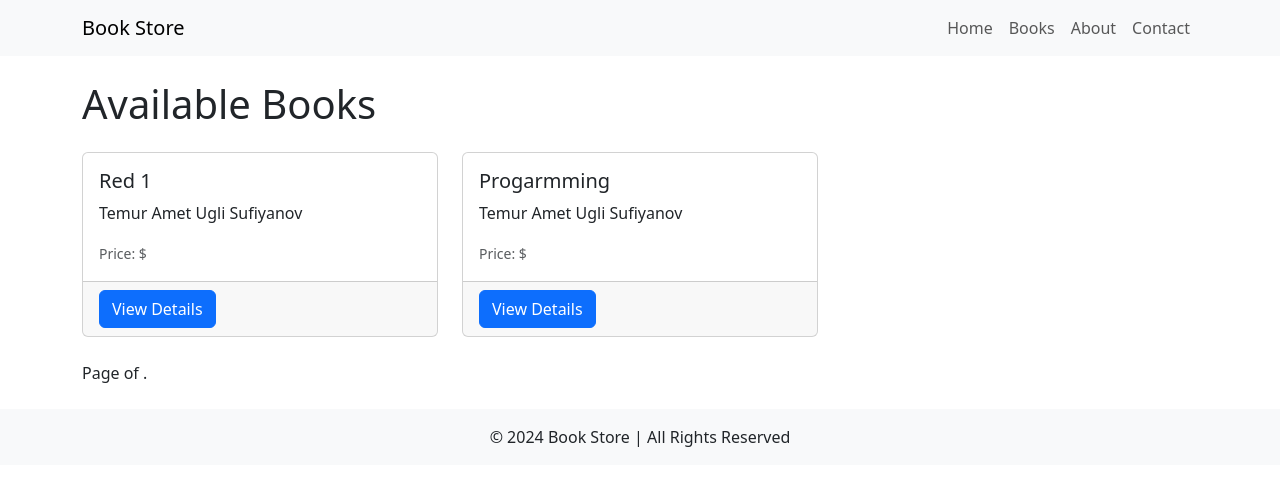
Repository: Temur-Sufiyanov/CBV
Page: http://localhost/
The author's editor kept a copy of each file at every save. The page is drawn from the files as they stood at one save, then again after the next save.
The browser window is 1280 px wide. The pictures show the whole page.
The page is served by the project's application, run on Django 5.2 (manage.py). Other server files are loaded and not shown. The page reads the database file committed with the project.

Above is the page before, as saved 2024-12-14 12:31:17.

### book/templates/book/home.html
{% extends 'book/base.html' %}

{% block content %}
<h1 class="mb-4">Available Books</h1>
<div class="row">
    {% for book in books %}
        <div class="col-md-4 mb-4">
            <div class="card h-100">
                <div class="card-body">
                    <h5 class="card-title">{{ book.title }}</h5>
                    <p class="card-text">{{ book.author }}</p>
                    <p class="card-text"><small class="text-muted">Price: ${{ book.price }}</small></p>
                </div>
                <div class="card-footer">
                    <a href="{{ book.slug}}/" class="btn btn-primary">View Details</a>
                </div>
            </div>
        </div>
    {% endfor %}
</div>
<div class="pagination">
    <span class="step-links">
        {% if page_obj.has_previous %}
            <a href="?page=1">&laquo; first</a>
            <a href="?page={{ page_obj.previous_page_number }}">previous</a>
        {% endif %}

        <span class="current">
            Page {{ page_obj.number }} of {{ page_obj.paginator.num_pages }}.
        </span>

        {% if page_obj.has_next %}
            <a href="?page={{ page_obj.next_page_number }}">next</a>
            <a href="?page={{ page_obj.paginator.num_pages }}">last &raquo;</a>
        {% endif %}
    </span>
</div>
{% endblock %}

### book/templates/book/base.html
<!DOCTYPE html>
<html lang="en">
<head>
    <meta charset="UTF-8">
    <meta name="viewport" content="width=device-width, initial-scale=1.0">
    <title>Book Store</title>
    <!-- CSS (Bootstrap for styling, you can replace with your own styles) -->
    <link rel="stylesheet" href="https://cdn.jsdelivr.net/npm/bootstrap@5.3.0/dist/css/bootstrap.min.css">
</head>
<body>
    <!-- Navbar -->
    <nav class="navbar navbar-expand-lg navbar-light bg-light">
        <div class="container">
            <a class="navbar-brand" href="/">Book Store</a>
            <button class="navbar-toggler" type="button" data-bs-toggle="collapse" data-bs-target="#navbarNav" aria-controls="navbarNav" aria-expanded="false" aria-label="Toggle navigation">
                <span class="navbar-toggler-icon"></span>
            </button>
            <div class="collapse navbar-collapse" id="navbarNav">
                <ul class="navbar-nav ms-auto">
                    <li class="nav-item">
                        <a class="nav-link" href="/">Home</a>
                    </li>
                    <li class="nav-item">
                        <a class="nav-link" href="/books/">Books</a>
                    </li>
                    <li class="nav-item">
                        <a class="nav-link" href="/about/">About</a>
                    </li>
                    <li class="nav-item">
                        <a class="nav-link" href="/contact/">Contact</a>
                    </li>
                </ul>
            </div>
        </div>
    </nav>

    <!-- Main Content Area -->
    <div class="container mt-4">
        {% block content %}
        <!-- Content will be injected here -->
        {% endblock %}
    </div>

    <!-- Footer -->
    <footer class="bg-light text-center text-lg-start mt-4">
        <div class="text-center p-3">
            © 2024 Book Store | All Rights Reserved
        </div>
    </footer>

    <!-- JS (Bootstrap and other scripts) -->
    <script src="https://cdn.jsdelivr.net/npm/bootstrap@5.3.0/dist/js/bootstrap.bundle.min.js"></script>
</body>
</html>

### book/models.py
from django.db import models

# Create your models here.

class Book(models.Model):
    title = models.CharField(max_length=200)
    author = models.CharField(max_length=150)
    genre = models.CharField(max_length=59)
    slug = models.SlugField(null=True)
    count = models.IntegerField(null=True, default=0)


    def __str__(self):
        return self.title

### book/views.py
from django.shortcuts import render
from django.views.generic.base import TemplateView
from django.views.generic.list import ListView
from django.views.generic.detail import DetailView
from .models import Book
# Create your views here.

# class IndexView(TemplateView):

#     template_name = 'book/home.html'

#     def get_context_data(self, **kwargs):
#         context = super().get_context_data(**kwargs)
#         context['books'] = Book.objects.all()

#         return context

class IndexView(ListView):
    model = Book
    template_name = 'book/home.html'
    context_object_name = 'books'
    # paginate_by = 1
    # queryset = Book.objects.all()[:2]

    def get_queryset(self):
        return Book.objects.all()[:2]

class BookDetail(DetailView):

    model = Book
    template_name = 'book/book_detail.html'
    context_object_name = 'book'

### core/urls.py
"""
URL configuration for core project.

The `urlpatterns` list routes URLs to views. For more information please see:
    https://docs.djangoproject.com/en/5.1/topics/http/urls/
Examples:
Function views
    1. Add an import:  from my_app import views
    2. Add a URL to urlpatterns:  path('', views.home, name='home')
Class-based views
    1. Add an import:  from other_app.views import Home
    2. Add a URL to urlpatterns:  path('', Home.as_view(), name='home')
Including another URLconf
    1. Import the include() function: from django.urls import include, path
    2. Add a URL to urlpatterns:  path('blog/', include('blog.urls'))
"""
from django.contrib import admin
from django.urls import path, include

urlpatterns = [
    path('admin/', admin.site.urls),
    # path('', include('cbv.urls')),
    path('',include('book.urls')),
]

### book/urls.py
from django.urls import path
from .views import IndexView, BookDetail

urlpatterns = [
    path('', IndexView.as_view(), name='home'),
    path('<slug:slug>/', BookDetail.as_view(), name='book-detail'),
]

### db.sqlite3 (the tables this page reads, as SQL)
CREATE TABLE "book_book" ("id" integer NOT NULL PRIMARY KEY AUTOINCREMENT, "title" varchar(200) NOT NULL, "author" varchar(150) NOT NULL, "genre" varchar(59) NOT NULL, "slug" varchar(50) NULL, "count" integer NULL);
INSERT INTO "book_book" VALUES
(1, 'Red 1', 'Temur Amet Ugli Sufiyanov', 'Fiction', 'fiction', 4),
(2, 'Progarmming', 'Temur Amet Ugli Sufiyanov', 'programming', 'progarmming', 7),
(3, 'Python', 'Settarov', 'programming', NULL, 0),
(4, 'Python', 'Settarov', 'programming', NULL, 0),
(5, 'Python', 'Settarov', 'programming', NULL, 0),
(6, 'Django', 'Temur', 'IT', 'django', 0),
(7, 'HI', 'Feruz', 'Fantasysss', 'hi', 0);

After the next save:
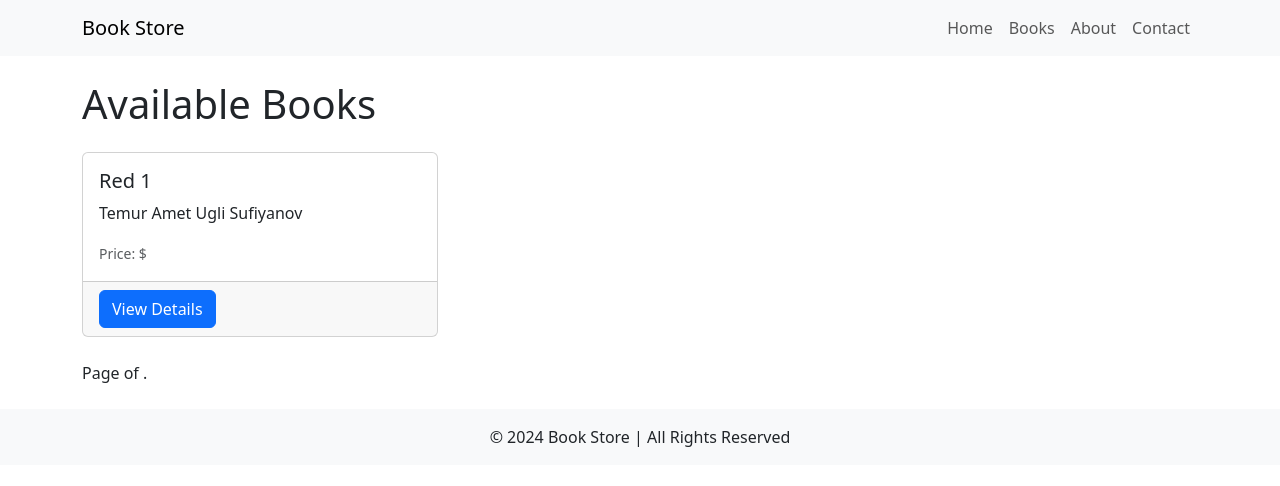
Saved 9 s later.
--- a/book/views.py
+++ b/book/views.py
@@ -23,7 +23,7 @@ class IndexView(ListView):
     # queryset = Book.objects.all()[:2]
 
     def get_queryset(self):
-        return Book.objects.all()[:2]
+        return Book.objects.all()[:1]
 
 class BookDetail(DetailView):
 
